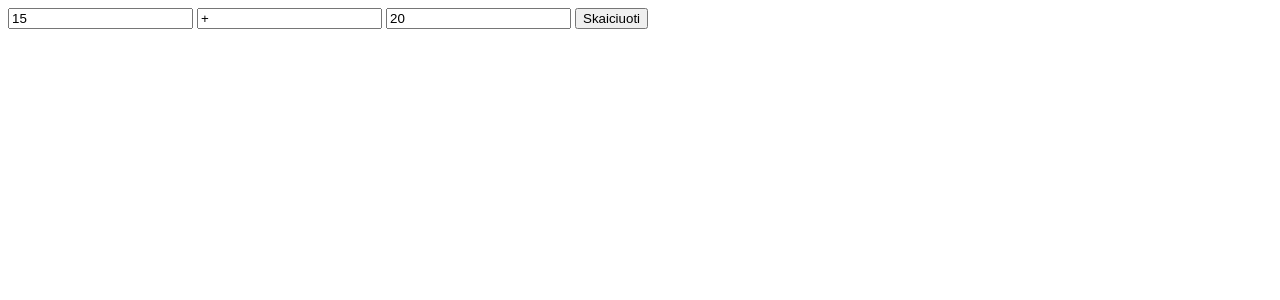
Repository: motiejus1/11-paskaita-PHP-05.31
Page: http://localhost/skaiciuotuvas.php
An editor plug-in stored every save of this project. The page is shown before and after a run of saves, followed by the edit.
The browser window is 1280 px wide. The pictures show the whole page.
The page is run by PHP 8.4 with error messages shown; the project is at /var/www/html/.

Above is the page before, as saved 2021-08-09 20:45:38.

After the next 3 saves:
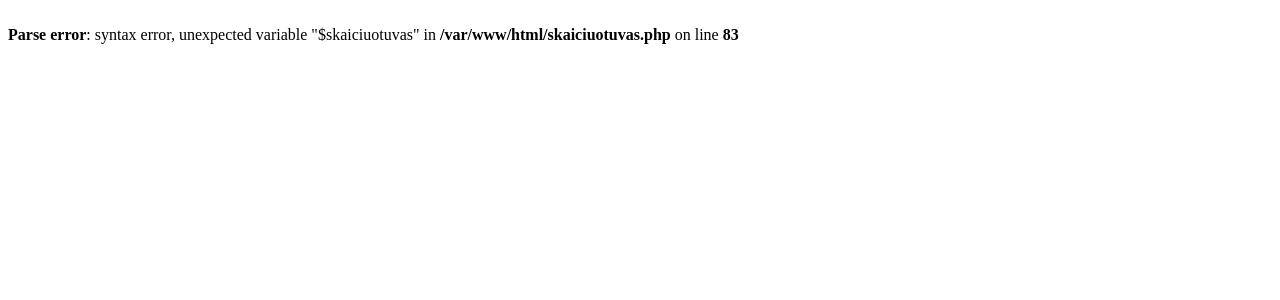
The 3 saves are shown as one change because they came seconds apart.
The last was saved 87 s later.
--- a/skaiciuotuvas.php
+++ b/skaiciuotuvas.php
@@ -79,6 +79,7 @@
     if(isset($_GET["sk1"]) && !empty($_GET["sk1"]) && isset($_GET["sk2"]) && !empty($_GET["sk2"]) && isset($_GET["veiksmas"]) && !empty($_GET["veiksmas"]) ) {
         $sk1 = $_GET["sk1"];
         $sk2 = $_GET["sk2"];
+        $veiksmas
         $skaiciuotuvas = new Skaiciuotuvas($sk1, $sk2);
 
 

After the 3 saves that followed:
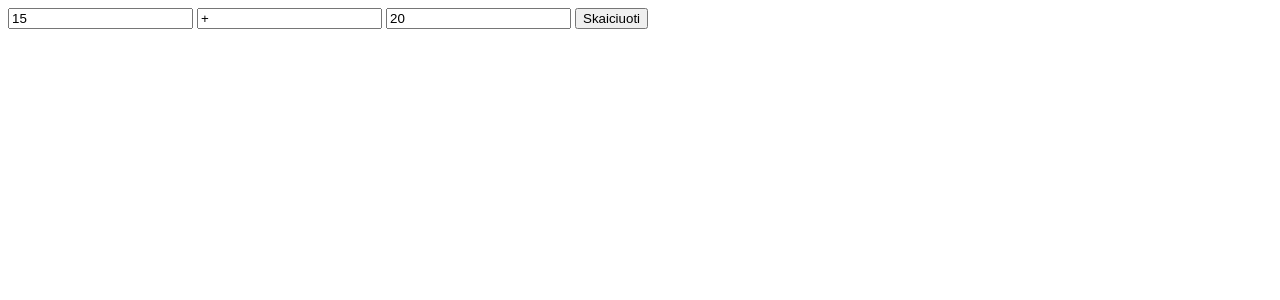
The 3 saves are shown as one change because they came seconds apart.
The last was saved 8 s later.
--- a/skaiciuotuvas.php
+++ b/skaiciuotuvas.php
@@ -79,7 +79,7 @@
     if(isset($_GET["sk1"]) && !empty($_GET["sk1"]) && isset($_GET["sk2"]) && !empty($_GET["sk2"]) && isset($_GET["veiksmas"]) && !empty($_GET["veiksmas"]) ) {
         $sk1 = $_GET["sk1"];
         $sk2 = $_GET["sk2"];
-        $veiksmas
+        $veiksmas = $_GET["veiksmas"];
         $skaiciuotuvas = new Skaiciuotuvas($sk1, $sk2);
 
 
